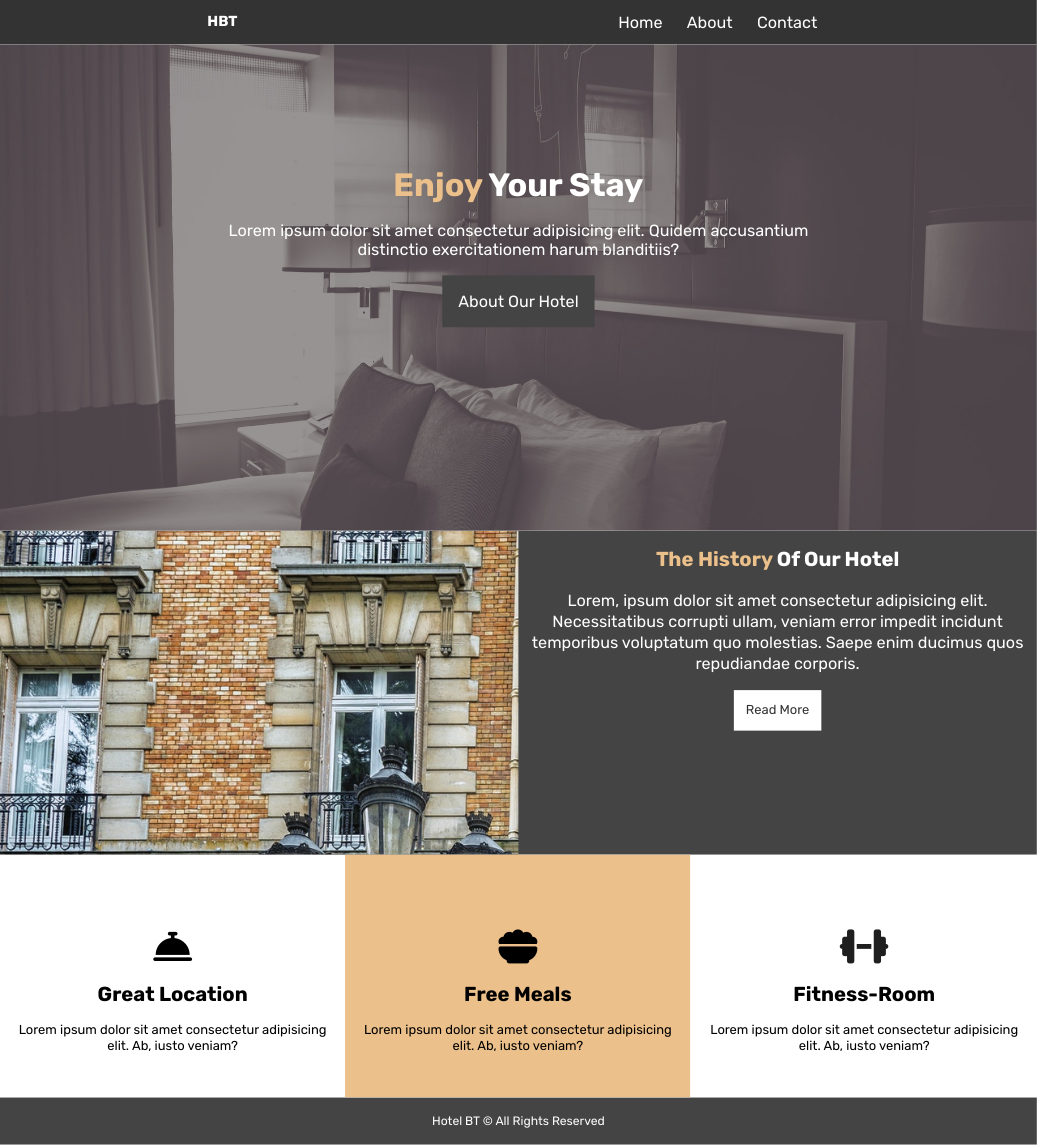
Repository: reemoon-ctrl/35---hotel-website
Page: index.html
The author's editor kept a copy of each file at every save. The page is drawn from the files as they stood at one save, then again after a run of saves.
The browser window is 1280 px wide. The pictures show the whole page, at 81% of full size.
Some web libraries are served in a nearby version.

Above is the page before, as saved 2024-07-24 19:47:19.

### index.html
<!DOCTYPE html>
<html lang="en">
<head>
    <meta charset="UTF-8">
    <meta name="viewport" content="width=device-width, initial-scale=1.0">
    <title>HBT| hotel website</title>
    <link rel="stylesheet" href="index.css"/>
    <style>
    @import url('https://fonts.googleapis.com/css2?family=Rubik:ital,wght@0,300..900;1,300..900&display=swap');

    </style>
    <script src="https://kit.fontawesome.com/6132f3c84f.js" crossorigin="anonymous"></script>

</head>
<body>
    <header>
        <ul class="nav-bar">
            <li class="title"><a href="">HBT</a></li>
            <div class="bag-nav-row" >
            <li class="bag-nav"><a href="contact.html">Contact</a></li>
            <li class="bag-nav"><a href="about.html">About</a></li>
            <li class="bag-nav"><a href="index.html">Home</a></li>
            </div>
        </ul>

    </header>

    <header class="mainheader" >
        <div class="mainheadertxt">
            <h1><span class="fword">Enjoy</span> Your Stay</h1>
            <p>Lorem ipsum dolor sit amet
                consectetur adipisicing elit.
                Quidem accusantium distinctio
                exercitationem harum blanditiis?
            </p>
            <a href="about.html" >About Our Hotel</a>
        </div>
    </header>

    <main class="main-content">
        <div class="hotelimg"></div>
        <div class="hotel-disc">
            <h3><span class="fword">The History </span>Of Our Hotel</h3>
            <p>Lorem, ipsum dolor sit amet consectetur adipisicing elit. Necessitatibus corrupti ullam, veniam error impedit incidunt temporibus voluptatum quo molestias. Saepe enim ducimus quos repudiandae corporis.</p>
            <a href="about.html">Read More</a>
        </div>

    </main>

    <aside class="aside-bar">
        <ul >
            <div class="ul">
                <div class="fli" ><i class="fa-solid fa-bell-concierge fa-3x"></i> <li ><h4>Great Location</h4>
                    <p>Lorem ipsum dolor sit amet consectetur adipisicing elit. Ab, iusto veniam?</p>

                </li></div>
                <div class="sli"><li > <i class="fa-sharp-duotone fa-solid fa-bowl-food fa-3x" style="--fa-primary-color: #1f1f1f; --fa-secondary-color: #1f1f1f;"></i><h4>Free Meals</h4>
                    <p>Lorem ipsum dolor sit amet consectetur adipisicing elit. Ab, iusto veniam?</p>

                </li></div>
                <div class="thli"><li ><i class="fa-solid fa-dumbbell fa-3x" style="color: #1f1f1f;"></i><h4 >Fitness-Room</h4>
                    <p>Lorem ipsum dolor sit amet consectetur adipisicing elit. Ab, iusto veniam?</p>

                </li></div>
            </div>
        </ul>
    </aside>

    <footer>
        <p>Hotel BT &copy; All Rights Reserved</p>

    </footer>

</body>
</html>

### index.css
*{
    padding: 0px;
    margin: 0px;
    box-sizing: border-box;
    font-family: "Rubik", sans-serif;
    font-optical-sizing: auto;




}
.nav-bar{
    list-style:none;
    overflow: auto;
    /* clear:both; */
    background: #333333;
    font-size: 20px;
    text-align: center;
    height: 55px;

}

.bag-nav-row{
    margin-right: 20%;
}
.title{
    float: left;
    margin-left: 20%;
    font-weight: bold;
    font-size:18px ;

    text-align: center;
    padding:15px 0px;

}
.title  a{
    text-decoration: none;
    color:#fff;
}


.bag-nav{
    float: right;
    font-size: 20px;


}
.bag-nav-row li a{
    text-decoration: none;
    padding: 15px;
    display: inline-block;
    color: #fff;
}

.bag-nav-row li a:hover{
    background: #444444;
    color:#ecc08a;
}
.bag-nav-row li a:active{
    background: #444444;
    color:#ecc08a;
}


.mainheader{
    background-image: url("img/showcase.jpg") ;
    background-color: #cccccc;
    height:600px;
    background-position: center;
    background-repeat: no-repeat;
    background-size:cover;
    position: relative;
}
.mainheadertxt{
    /* margin: auto; */
    padding: 150px 20%;
    position:relative;
    text-align: center;
    /* margin-top: 20px; */
    color:#fff;
}
.mainheadertxt h1{
    font-size:40px;

}

.mainheadertxt p{
    margin:20px;
    font-size: 20px;
}
.mainheadertxt a{
    position:relative;
    display: block;
    width: fit-content;
    background: #444444;
    text-decoration:none ;
    color: #fff;
    top:50%;
    margin-top: 30px;
    margin: auto;
    font-size: 20px;

    padding: 20px;
}
.mainheadertxt a:hover{
    background: #ecc08a;
    cursor: pointer;
    color:#333333;

}
.fword{
    color:#ecc08a
}
.main-content{
    width:100%;
    height:400px;
    overflow: auto;
    background: #444444;
    color: #fff;
}
.hotelimg{
    width:50%;
    float:left;

    min-height:100% ;
    background: url('img/photo-1.jpg') no-repeat;
}
.hotel-disc{
    /* padding-top: 100px; */
    padding:20px 10px;
    width:50%;
    height:40px;
    float:right;
    text-align: center;
    /* margin-top:px; */
    line-height: 1.3;
    /* padding:20px; */

}
.hotel-disc h3{
    font-size: 25px;
    /* font-size: xx-large; */
    margin-bottom: 20px;
}
.hotel-disc a{
    position:relative;
    display: block;
    width: fit-content;
    text-decoration:none ;
    color: #333333;
    padding: 15px;
    margin:auto;
    margin-top: 20px;
    background: #fff;

}
.hotel-disc a:hover{
    background: #ecc08a;
}
.hotel-disc p{
    font-size: 20px;
}

.aside-bar{
    height: 300px;
    overflow: auto;
    clear:both;

}
.ul{
    list-style: none;
    text-align: center;
    margin:auto;
    height:300px;
}
.fli{
    padding: 60px;
    margin: auto;
    float: left;
    width:33.3%;
    height: 300px;
    padding: 90px 20px;
}
.fli h4{
    font-size: 25px;
    margin-bottom: 20px;
    margin-top: 20px;
}
.sli h4{
    margin-top: 20px;
    font-size: 25px;
    margin-bottom: 20px;
}
.thli h4{
    margin-top: 20px;
    font-size: 25px;
    margin-bottom: 20px;
}
.sli{
    float:left;
    width:33.3%;
    background-color:#ecc08a;
    height: 300px;
    padding: 90px 20px;

}
.thli{
    float:right;
    width:33.3%;
    height: 300px;
    margin: auto;
    height: 300px;
    padding: 90px 20px;
}

footer p{
    text-align: center;
    font-size: 15px;
    color: #fff;
    background: #444444;
    padding: 20px;
}

/* ///////////////about website////////////////// */
.s-header{
    overflow: auto;
    clear: both;
    margin: auto;
    margin: 50px 20%;
    /* height: 500px; */
}
.header-content{
    float:left;
    width:40%;

}
.header-content h1{
    font-size: 50px;
}
.header-content p{
    font-size: 28px;
    margin-top: 20px;
    line-height: 1.3;
}
.hotel-img2{
    height:400px;
    width: 40%;
    float: right;
    border-radius:50%;
}
.comment{
    overflow: auto;
    background:#ecc08a;
    margin: 20px 20%;
    border-radius: 20px;

}
.aside-content{
    background-image: url(img/test-bg.jpg) ;
    background-color: #cccccc;
    height:900px;
    background-position: center;
    background-repeat: no-repeat;
    background-size: cover;
    position: relative;
    width: 100%;



}
.aside-content h1{
    margin: 20px 20%;
    text-align: center;
    color: #FFF;
    font-size: 50px;
    padding-top: 100px;
    padding-bottom: 50px;

}
.comment img{
    padding-top: 30px;
width:200px ;
height:200px ;
border-radius: 200px;
float: left;
padding-right: 20px;
padding-left: 20px;
margin-bottom: 50px;
}
.comment p{
padding-top: 70px;
font-size: 28px;
color: #333333;


}
/* ///////////////about style///////////// */
form h1{
    margin-bottom: 20px;
    font-size: 50px;

}
form p{
    font-size: 25px;

}

.form-label label{
    display: block;

}
.form-label input{
    width:100%;
    padding:10px;
    font-size: 28px;
    border:#ddd solid 1px;
    /* border: 3px solid #ccc; */
    -webkit-transition: 0.5s;
    transition: 0.5s;
    outline: none;

}
.form-label input[type=text]:focus{
    border: 2px solid #ecc08a;
}
.form-label{
    font-size: 35px;
    margin-top: 20px;
}
.submit-input:hover{
    border: 2px solid #ecc08a;
    background: #ecc08a;
    color:#444444;
}
textarea{
    width: 100%;
    height: 250px;
    padding: 12px 20px;
    box-sizing: border-box;
    border: 1px solid #ddd;
    border-radius: 4px;
    /* background-color: #f8f8f8; */
    resize:none;
    font-size: 20px;
    -webkit-transition: 0.5s;
    transition: 0.5s;
    outline: none;

}
textarea:focus{
    border: 2px solid #ecc08a;
}
.submit-input{
 padding: 20px;
 /* text-align: center; */
 width:200px;
 cursor: pointer;
 margin: 30px 0px;
 background: #333333;
 color: #FFF;
 font-size: 20px;


}
.form-container{
    margin: 40px 20%;
    height:800px;
}
.fli-about{
    padding: 60px;
    margin: auto;
    float: left;
    width:33%;
    height: 300px;
    padding: 90px 20px;
    color:#ddd;
}
.fli-about h4{
    font-size: 35px;
    margin-bottom: 20px;
}
.fli-about p{
    font-size: 28px;
}
.sli-about h4{
    font-size: 35px;
    margin-bottom: 20px;
}
.sli-about p{
    font-size: 28px;
}
.thli-about h4{
    font-size: 35px;
    margin-bottom: 20px;
}
.thli-about p{
    font-size: 28px;
}
.sli-about{
    float:left;
    width:33%;
    color: #ddd;
    height: 300px;
    padding: 90px 20px;

}
.thli-about{
    float:right;
    width:33%;
    height: 300px;
    margin: auto;
    height: 300px;
    padding: 90px 20px;
    background: #333333;
    color: #ddd;
}
.ul-about{
    list-style: none;
    text-align: center;
    margin:auto;
    height:300px;
    background: #333333;
}

After the next 3 saves:
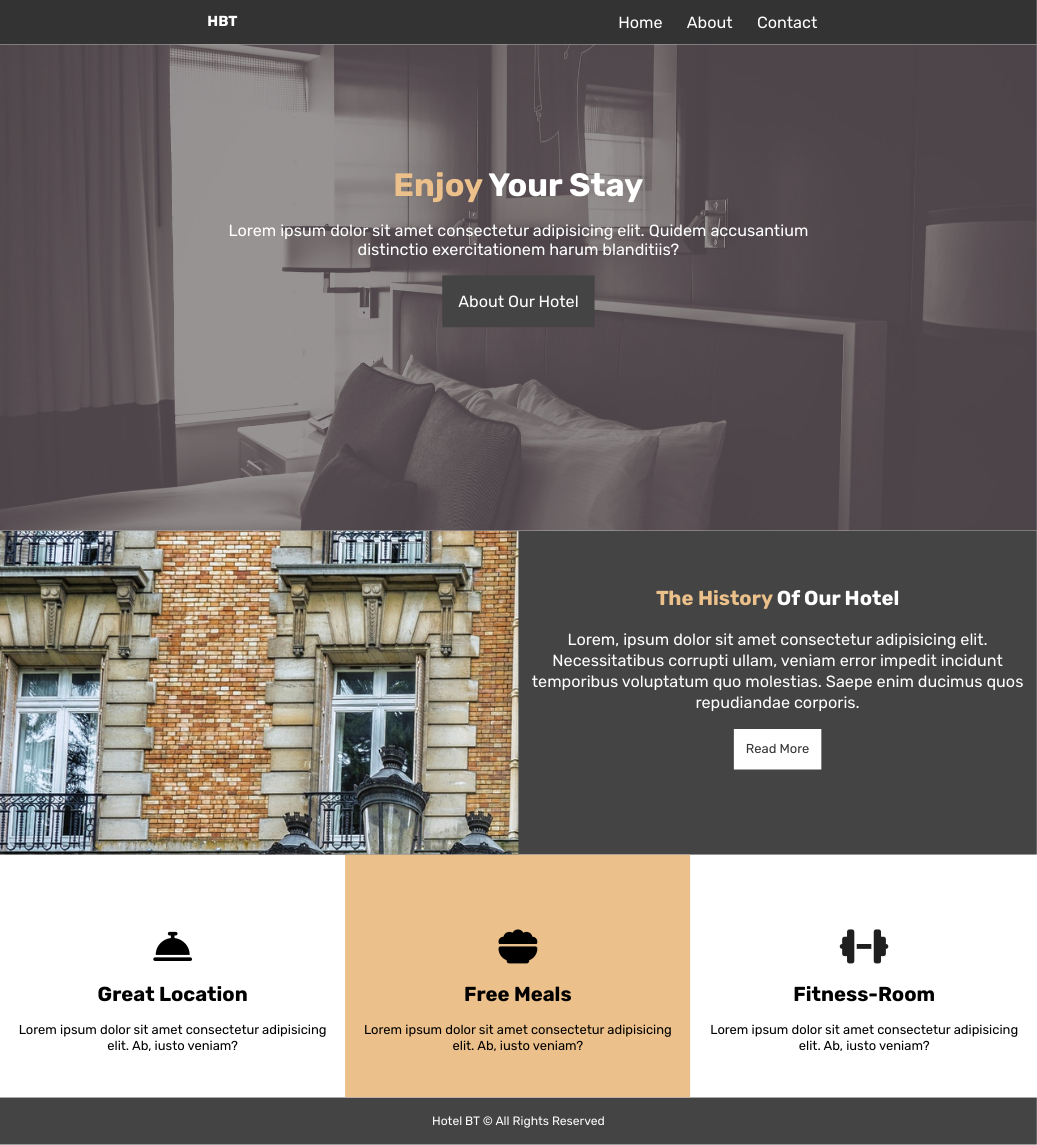
The 3 saves are shown as one change because they came seconds apart.
The last was saved 23 s later.
--- a/index.css
+++ b/index.css
@@ -141,6 +141,7 @@
     font-size: 25px;
     /* font-size: xx-large; */
     margin-bottom: 20px;
+    margin-top: 3rem;
 }
 .hotel-disc a{
     position:relative;

After the save that followed:
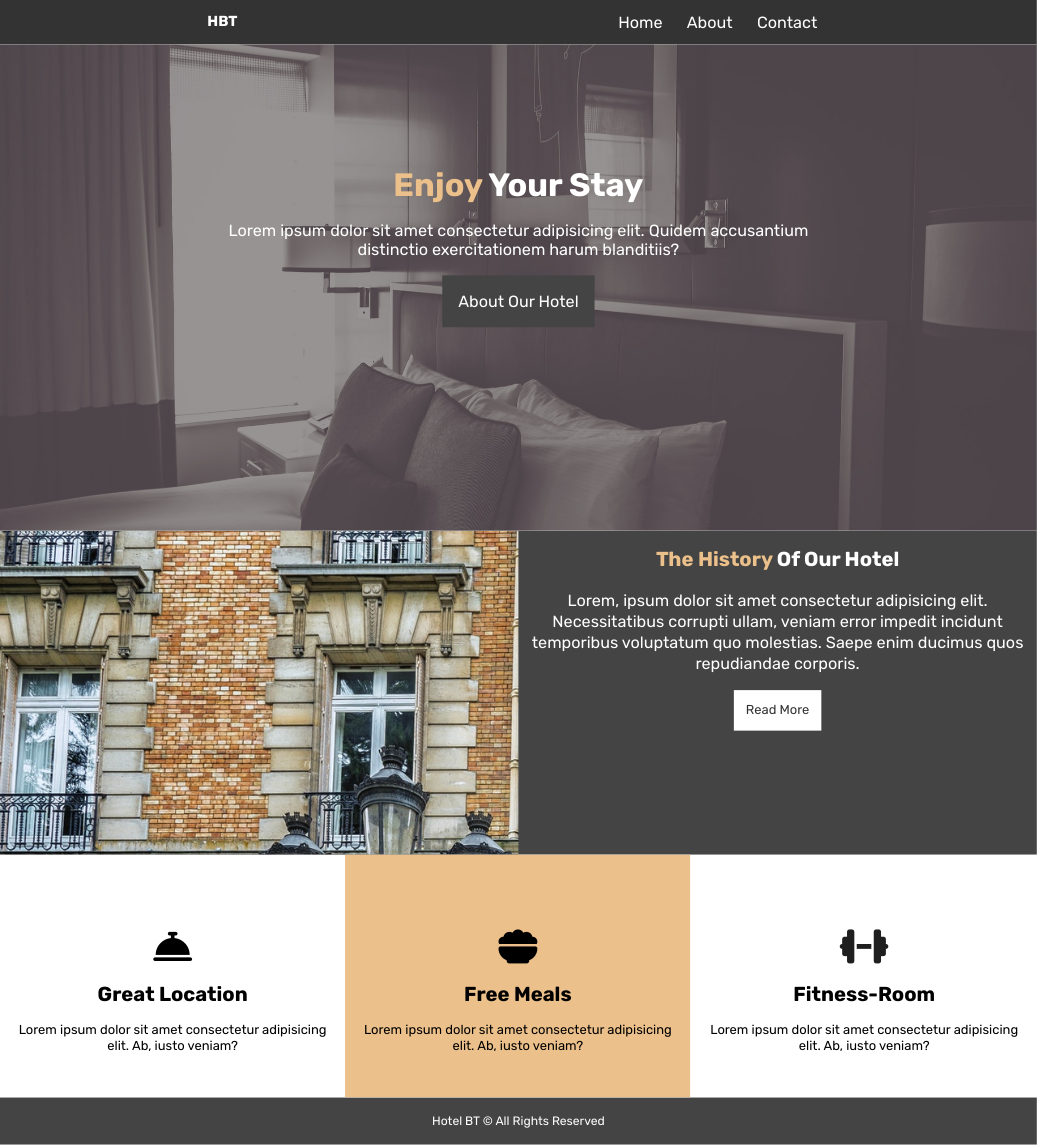
Saved 8 s later.
--- a/index.css
+++ b/index.css
@@ -141,7 +141,7 @@
     font-size: 25px;
     /* font-size: xx-large; */
     margin-bottom: 20px;
-    margin-top: 3rem;
+    margin-top53rem;
 }
 .hotel-disc a{
     position:relative;
